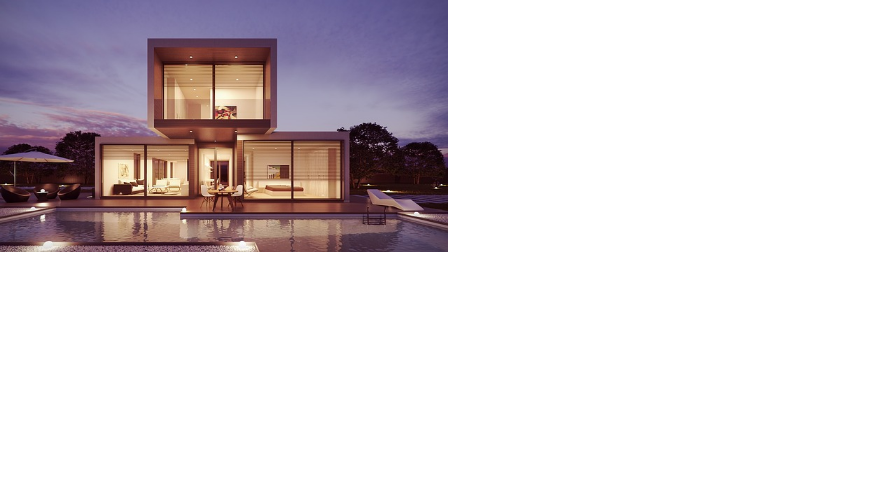
Repository: khadri2021/A2023_Task_Property_Management
Page: AdderssMakersWeb/WebContent/bottom.html
The author's editor kept a copy of each file at every save. The page is drawn from the files as they stood at one save, then again after the next save.
The browser window is 1280 px wide. The pictures show the part of the page from y = 0 to 1920 px (the page is 720 px tall), at 70% of full size.
Backgrounds fixed to the window are drawn as part of the page.

Above is the page before, as saved 2024-02-11 11:12:35.

### AdderssMakersWeb/WebContent/bottom.html
<!DOCTYPE html>
<html>
<head>
<meta charset="ISO-8859-1">
<title>HomePage</title>
<style>

body {
 background-image: url(home.jpg);
 background-repeat: no-repeat;
 background-attachment: fixed;
 background-size: 100;



}







</style>
</head>
<body>

</body>
</html>

After the next save:
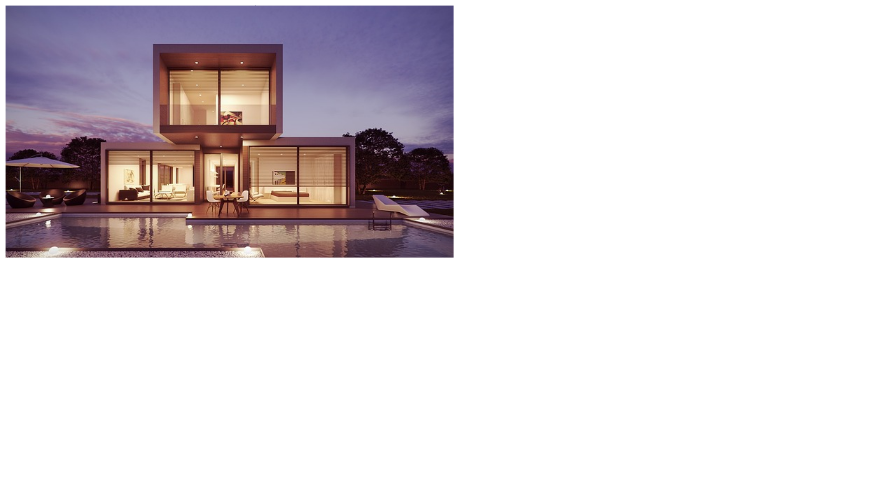
Not found: AdderssMakersWeb/WebContent/bg-home.jpg
Saved 36 s later.
--- a/AdderssMakersWeb/WebContent/bottom.html
+++ b/AdderssMakersWeb/WebContent/bottom.html
@@ -6,7 +6,7 @@
 <style>
 
 body {
- background-image: url(home.jpg);
+ background-image: url(bg-home.jpg);
  background-repeat: no-repeat;
  background-attachment: fixed;
  background-size: 100;
@@ -24,6 +24,12 @@
 </style>
 </head>
 <body>
+<tr>
+<td><a href="Add.jsp"> <img src="./images/home.jpg" alt=" ">
+
+	</a>
+	</td>
+</tr>
 
 </body>
 </html>

After the 4 saves that followed:
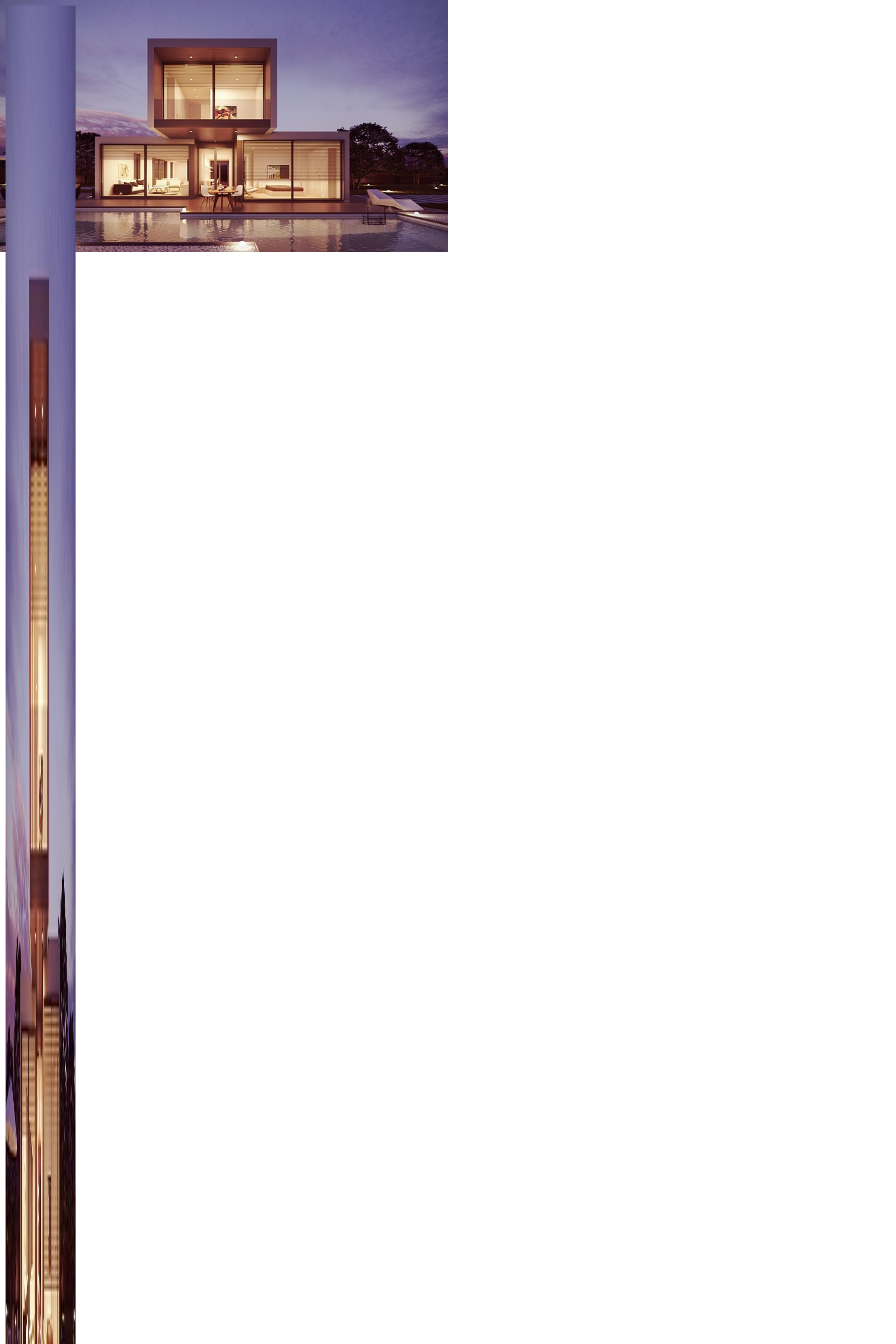
The 4 saves are shown as one change because 3 left the picture as it was.
The last was saved 8 min 4 s later.
--- a/AdderssMakersWeb/WebContent/bottom.html
+++ b/AdderssMakersWeb/WebContent/bottom.html
@@ -6,7 +6,7 @@
 <style>
 
 body {
- background-image: url(bg-home.jpg);
+ background-image: url(home.jpg);
  background-repeat: no-repeat;
  background-attachment: fixed;
  background-size: 100;
@@ -25,8 +25,8 @@
 </head>
 <body>
 <tr>
-<td><a href="Add.jsp"> <img src="./images/home.jpg" alt=" ">
-
+<td><a href="Add.jsp"> <img src="./images/home.jpg" alt=" "
+		style="width: 100px; height: 2550px;">
 	</a>
 	</td>
 </tr>
